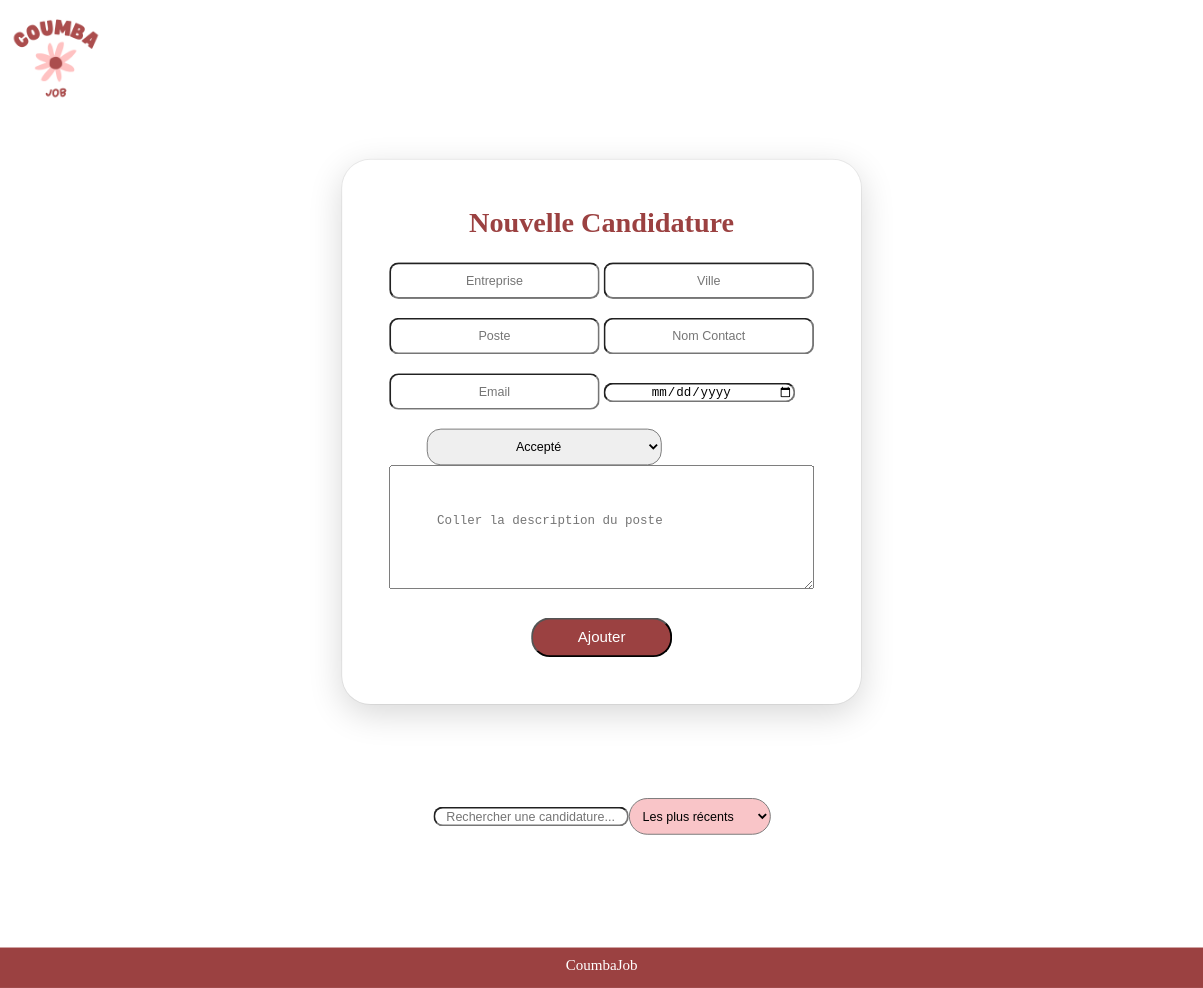
Repository: Coumba25040/coumbaProjet
Page: projetCoumba/index.html
These files come from the project's save history. The page is drawn as it stood at one moment and after the next save; the edit follows.
The browser window is 1280 px wide. The pictures show the whole page, at 94% of full size.
Some web fonts or font styles are not loaded; a fallback is used.

Above is the page before, as saved 2025-09-22 22:05:59.

### projetCoumba/index.html
<!DOCTYPE html>
<html lang="en">
<head>
    <meta charset="UTF-8">
    <meta name="viewport" content="width=device-width, initial-scale=1.0">
    <title>CoumbaJob</title>
    <link rel="stylesheet" href="style.css">
    <link rel="stylesheet" href="https://fonts.googleapis.com/css2?family=Material+Symbols+Outlined:opsz,wght,FILL,GRAD@20..48,100..700,0..1,-50..200&icon_names=delete" />
</head>
<body>
    <header>
        <img src="logo.png" alt="logo">
    </header>
    <article id="form-container">
        <form action="" method="post" id="form">
            <h1 id="candidature">Nouvelle Candidature</h1>
            <div class="class-group">
                <input type="text" name="entreprise" id="entreprise" placeholder="Entreprise" required>
                <input type="text" name="ville" id="ville" placeholder="Ville" required>
            </div>
            <div class="class-group">
                <input type="text" name="poste" id="poste" placeholder="Poste" required>
                <input type="text" name="contact" id="contact" placeholder="Nom Contact" required>
            </div>

            <div class="class-group">
                <input type="email" name="email" id="email" placeholder="Email" required>
                <input type="date" name="date" id="date" placeholder="Date" lang="fr" required>

            </div>
                <select name="statut" id="statut" required>
                    <option value="Accepté">Accepté</option>
                    <option value="Refusé">Refusé</option>
                    <option value="En Attente">En Attente</option>
                    <option value="Entretien">Entretien</option>
                </select>
            <textarea name="description" id="description" placeholder="Coller la description du poste"></textarea>
            <div>
                <button type="submit" id="btn-ajouter">Ajouter</button>
            </div>
        </form>
    </article>
    <article id="recherche-tri">
        <input type="text" name="recherche" id="recherche" placeholder="Rechercher une candidature...">
        <select name="trier" id="trier">
            <option value="recent">Les plus récents</option>
            <option value="moinsRecent">Les moins récents</option>
            <option value="Accepté">Accepté</option>
            <option value="Refusé">Refusé</option>
            <option value="En Attente">En Attente</option>
            <option value="Entretien">Entretien</option>
        </select>
    </article>
    <article id="candidature-container">
    </article>
    <footer>
        <p>CoumbaJob</p>

    </footer>
    <article id="popup-overlay">
        <div id="popup-content"></div>

    </article>

    <script src="app.js"></script>
</body>
</html>

### projetCoumba/style.css
body{
    margin: 0;
    padding: 0;
}
#form-container, #recherche-tri, img, #popup-overlay{
    display: flex;
    justify-content: center;
    align-items: center;
}
#candidature{
    text-align: center;
    color: #9B4141;
    font-size: 30px;
    margin-top: 0;
}
#form{
    display: flex;
    flex-direction: column;
    box-shadow: rgba(0, 0, 0, 0.16) 0px 10px 36px 0px, rgba(0, 0, 0, 0.06) 0px 0px 0px 1px;
    padding: 50px;
    justify-content: center;
    border-radius: 30px;
    margin-top: 50px;

}
form input {
    padding: 10px;
    border-radius: 10px;
    margin-bottom: 20px;
}
#date{
    padding: 0;
}

#statut, input, #date{
    width: 200px;

    text-align: center;
    border-radius: 10px;
}
#description{
    padding: 50px;
}
#btn-ajouter{

    padding: 10px;
    width: 150px;
    border-radius: 20px;
    margin: 30px auto 0 auto;
    display: block;
    background-color: #9B4141;
    color: white;
    font-size: 16px;
}
#btn-ajouter:hover{
    background-color: #a86a6a;
}
#recherche-tri{
    margin-top: 100px;
    margin-bottom: 70px;
}
#statut{
    padding: 10px;
    width: 250px;
    border-radius: 15px;
    margin-left: 40px;
    margin-right: 10px;

}
#trier{
    padding: 10px;
    border-radius: 20px;
    background-color: #F9C5C8;
}
.card{

    border-radius: 20px;
    padding: 20px;
    height: 150px;
    width: 250px;
    margin: 20px;
    box-shadow: rgba(99, 99, 99, 0.2) 0px 2px 8px 0px;
    position: relative;
}
.cardTitle{
    display: flex;
    justify-content: space-between;

}
h3, h6, p{
    margin: 0;
    margin-bottom: 5px;

}

.cardBody {
    display: flex;
    flex-direction: column;
    gap: 5px;
    position: relative;
}

.btn-modifier{
    align-self: flex-end;
    padding: 10px;
    border-radius: 10px;
    width: 100px;
    background-color: #F9C5C8;
    border: none;
}
.btn-modifier:hover{
    background-color: #9B4141;
}
#candidature-container{
    display: grid;
    grid-template-columns: repeat(auto-fit, minmax(250px, 1fr));
    margin: 0 auto;
    gap: 30px;
    place-items: center;
    padding: 0 20px;
    max-width: 1200px;
}
.card:hover{
    box-shadow: rgba(0, 0, 0, 0.35) 0px 5px 15px;
}
img{
    height: 120px;
    align-self: center;
}
footer{
    text-align: center;
    margin-top: 50px;
    padding: 10px;
    background-color: #9B4141;
    color: white;
}

.material-symbols-outlined {
    position: absolute;
    background-color: #F9C5C8;
    color: black;
    border-radius: 20px;
    font-size: 24px;
    padding: 4px;
    top: -10px;
    right: -10px;
    z-index: 10;
    cursor: pointer;
  font-variation-settings:
  'FILL' 0,
  'wght' 400,
  'GRAD' 0,
  'opsz' 24
}
.material-symbols-outlined:hover{
    background-color: #9B4141;
}
#popup-overlay{
    position: fixed;
    top: 0;
    left: 0;
    right: 0;
    bottom: 0;
    background-color: rgba(0, 0, 0, 0.442);
    z-index: 98;
    display: none;
}

#popup-overlay.open{
    display: block !important;
}

#popup-content{
    max-width: 600px;
    padding: 30px;
    box-sizing: border-box;
    background-color: white;
    width: 100%;
    position: absolute;
    top: 50%;
    left: 50%;
    transform: translate(-50%, -50%);
}

.popup-coordonne{
    background-color: #c6aed6;
    text-align: center;
    border-radius: 20px;
    margin-bottom: 20px;
    padding: 10px;
}
.popup-description{
    background-color: #efdad7;
    padding: 5px;
    max-height: 350px;
    overflow-y: auto;

}
.popup-exit{
    position: absolute;
    top: -10px;
    right: -10px;
    text-decoration: none;
    color: white;
    padding: 5px 10px;
    border-radius: 5px;
    background-color: black;
}

### projetCoumba/app.js
const candidatureContainer = document.getElementById('candidature-container')
const entreprise = document.getElementById('entreprise')
const ville = document.getElementById('ville')
const poste = document.getElementById('poste')
const contact = document.getElementById('contact')
const email = document.getElementById('email')
const statut = document.getElementById('statut')
const date = document.getElementById('date')
const description = document.getElementById('description')
let candidature = []
let currentIndex = null



function afficherCard(tabCandidature){
    candidatureContainer.innerHTML = ''
    tabCandidature.sort((a, b) => new Date(b.date) - new Date(a.date))

    tabCandidature.forEach((item, index) => {

        let cardCandidature = document.createElement('div')
        cardCandidature.classList.add('card')
        cardCandidature.setAttribute('data-index', index)

        cardCandidature.innerHTML += `
        <span class="material-symbols-outlined delete-icon" data-index=${index}>
                delete
                </span>
            <div class="cardBody">
                <div class="cardTitle">
                    <h3>${item.poste}</h3>
                    <p>${item.date}</p>
                </div>
                <p>${item.entreprise}</p>
                <p>${item.ville}</p>
                <p>${item.statut}</p>
                <button class="btn-modifier" data-index="${index}">Modifier</button>
            </div>`
        candidatureContainer.appendChild(cardCandidature)

        const btnModifier = document.querySelectorAll('.btn-modifier')
        btnModifier.forEach(btnM => {
            btnM.addEventListener('click', (e) => {
                e.stopPropagation()
                const index = e.target.getAttribute('data-index')
                const item = candidature[index]

                entreprise.value = item.entreprise
                ville.value = item.ville
                poste.value = item.poste
                contact.value = item.contact
                email.value = item.email
                date.value = item.date
                statut.value = item.statut
                description.value = item.description

                currentIndex = index
                form.scrollIntoView({behavior: "smooth"})
            })
        })

        cardCandidature.addEventListener('click', () => {
            afficherPopup(item)
        })

    });


    const deleteIcon = document.querySelectorAll('.delete-icon')
    deleteIcon.forEach(icon =>{
        icon.addEventListener('click', (e) => {
            e.stopPropagation()
            const index = e.target.getAttribute('data-index')
            candidature.splice(index, 1)
            afficherCard(candidature)
        })
    })
}

let form = document.getElementById('form')

form.addEventListener("submit", (e) => {
    e.preventDefault()



    const newCandidature = {

        entreprise: entreprise.value,
        ville: ville.value,
        poste: poste.value,
        contact: contact.value,
        email: email.value,
        date: date.value,
        statut: statut.value,
        description: description.value

    }


    if(currentIndex !== null){
        candidature[currentIndex] = newCandidature
        currentIndex = null
    }else{
        candidature.push(newCandidature)
    }

    entreprise.value = ''
    ville.value = ''
    poste.value = ''
    contact.value = ''
    email.value = ''
    date.value = ''
    statut.value = ''
    description.value = ''

    afficherCard(candidature)
})

function afficherPopup(item){
let popupOverlay = document.getElementById('popup-overlay')
let popupContent = document.getElementById('popup-content')
        popupContent.innerHTML = `
            <div class="popup-coordonne">
                <h1 class="popup-emp">${item.poste}</h1>
                <h2 class="popup-ste">${item.entreprise} ${item.ville}</h2>
                <p class="popup-date-statut">${item.date} ${item.statut}</p>
                <p class="popup-contact">Contact : ${item.contact}</p>
                <p class="popup-email">Email : ${item.email}</p>
            </div>
            <div class="popup-description">
                <h2>Description du poste</h2>
                <p>${item.description}</p>
                <a href="javascript:void(0)" class="popup-exit">Fermer</a>
        </div>`

    popupOverlay.classList.add('open')

    const popupExit = document.querySelector('.popup-exit')

    popupExit.addEventListener('click', () => {
        popupOverlay.classList.remove('open')
    })

}

let trier = document.getElementById('trier')

trier.addEventListener('change', (e) => {
    const filtre = e.target.value
    let resultats = [...candidature]

    if(filtre === "recent"){
        resultats.sort((a, b) => new Date(b.date) - new Date(a.date))

    }else if(filtre === "moinsRecent"){
        resultats.sort((a, b) => new Date(a.date) - new Date(b.date))

    }else if (["Accepté", "Refusé", "En Attente", "Entretien"].includes(filtre)) {
        resultats = resultats.filter(c => c.statut === filtre)

    }

    afficherCard(resultats)

})

const recherche = document.getElementById('recherche')

recherche.addEventListener("keyup", (e) => {
    const input = recherche.value

    const result = candidature.filter(item =>
        item.entreprise.toLowerCase().includes(input.toLowerCase()) ||
        item.poste.toLowerCase().includes(input.toLowerCase()))

    if(result.length === 0){
        candidatureContainer.innerHTML = `<p>Aucune Candidature</p>`
    }else{
        afficherCard(result)
    }
})

After the next save:
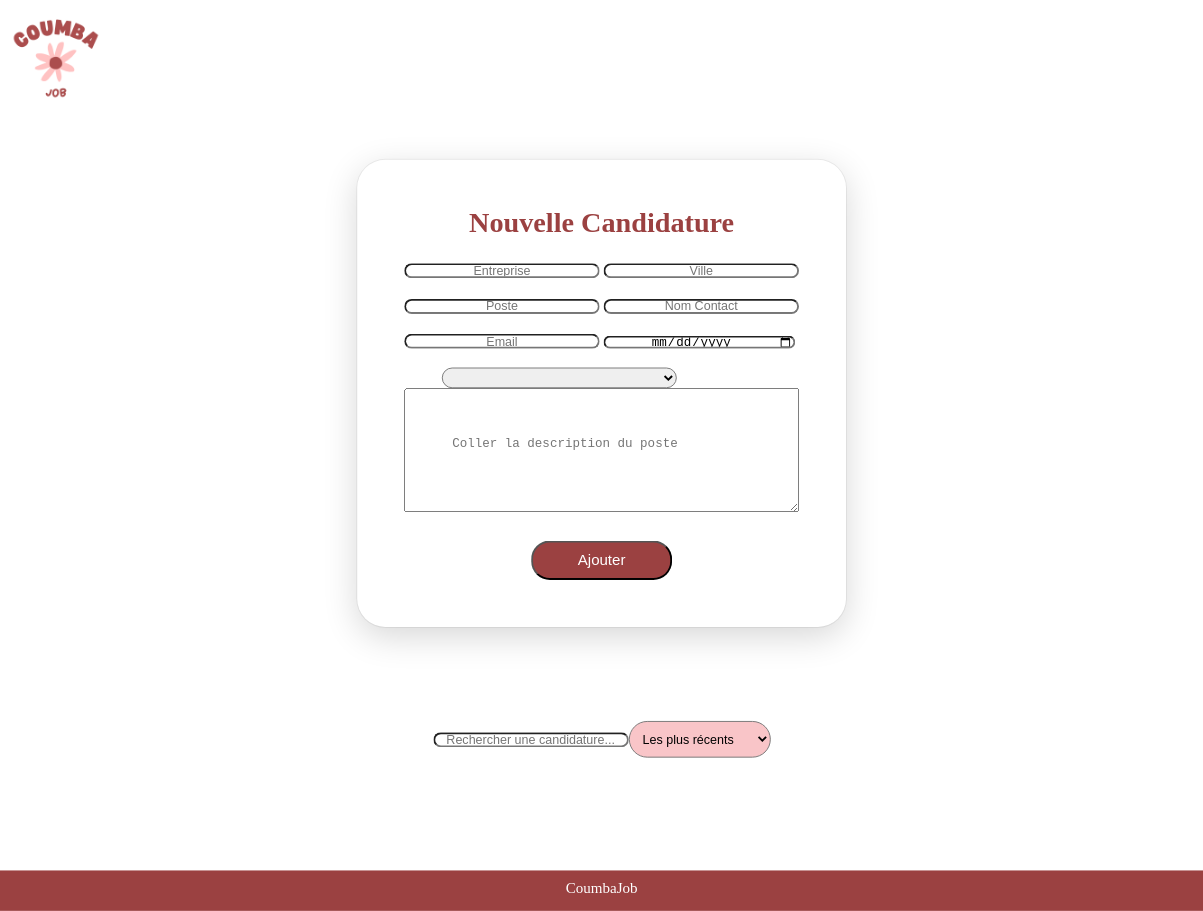
Saved 32 s later.
--- a/projetCoumba/style.css
+++ b/projetCoumba/style.css
@@ -24,7 +24,7 @@ body{
 
 }
 form input {
-    padding: 10px;
+    /* padding: 10px; */
     border-radius: 10px;
     margin-bottom: 20px;
 }
@@ -34,6 +34,7 @@ form input {
 
 #statut, input, #date{
     width: 200px;
+    height: 10px;
 
     text-align: center;
     border-radius: 10px;
